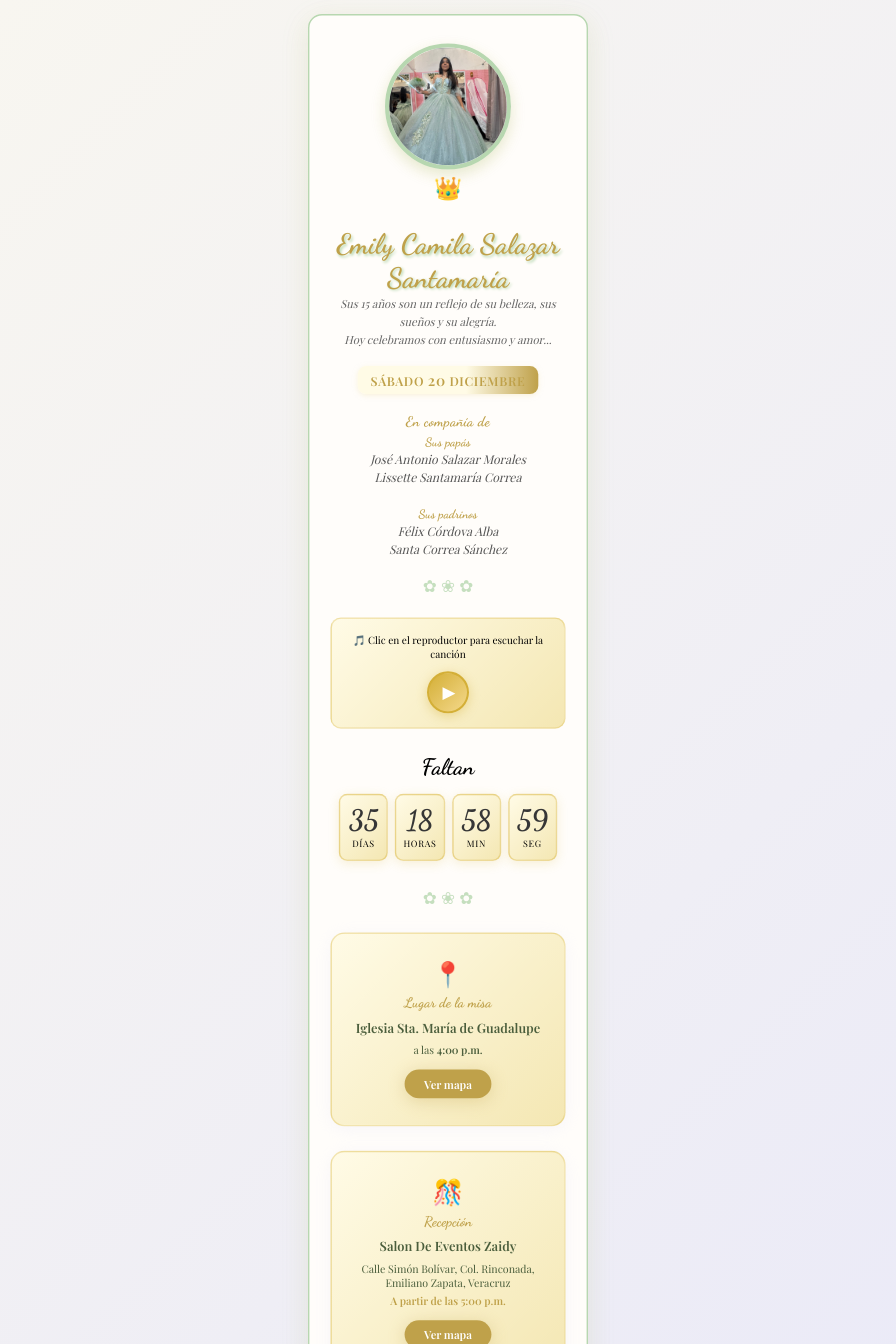
Repository: Jurgt2/InvitacionXvCamila
Page: index.html
An editor plug-in stored every save of this project. The page is shown before and after the next save, followed by the edit.
The browser window is 1280 px wide. The pictures show the part of the page from y = 0 to 1920 px (the page is 3213 px tall), at 70% of full size.
Some web fonts or font styles are not loaded; a fallback is used.

Above is the page before, as saved 2025-11-15 16:52:21.
Console error: TypeError: Cannot read properties of null (reading 'href')

After the next save:
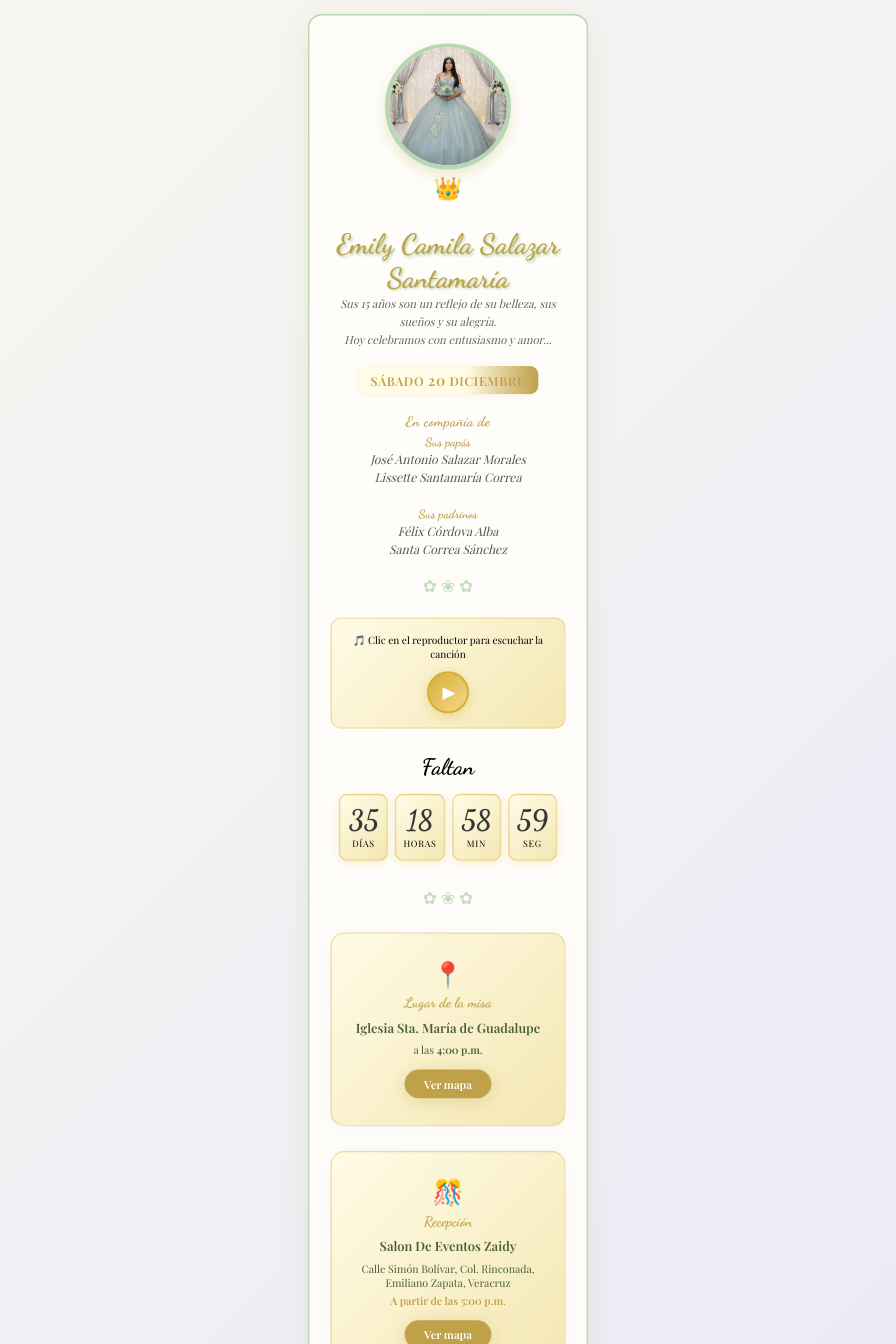
Saved 3 h 38 min later.
--- a/index.html
+++ b/index.html
@@ -20,7 +20,7 @@
         <!-- 1. Foto circular de la quinceañera -->
         <div class="photo-section">
             <div class="photo-frame">
-                <img src="quinceanera.jpg" alt="Emily Camila" class="quinceanera-photo">
+                <img src="quinceanera.jpeg" alt="Emily Camila" class="quinceanera-photo">
             </div>
             <div class="crown-decoration">👑</div>
         </div>
